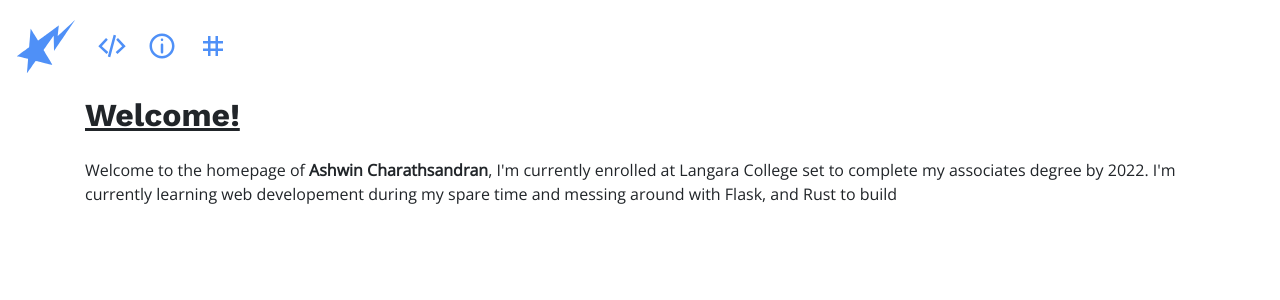
Repository: xxiz/ashwin.lol_flask
Page: http://localhost/
An editor plug-in stored every save of this project. The page is shown before and after the next save, followed by the edit.
The browser window is 1280 px wide. The pictures show the whole page.
The page is served by the project's application, run on Flask 3 (app.py).

Above is the page before, as saved 2021-08-31 17:22:04.

After the next save:
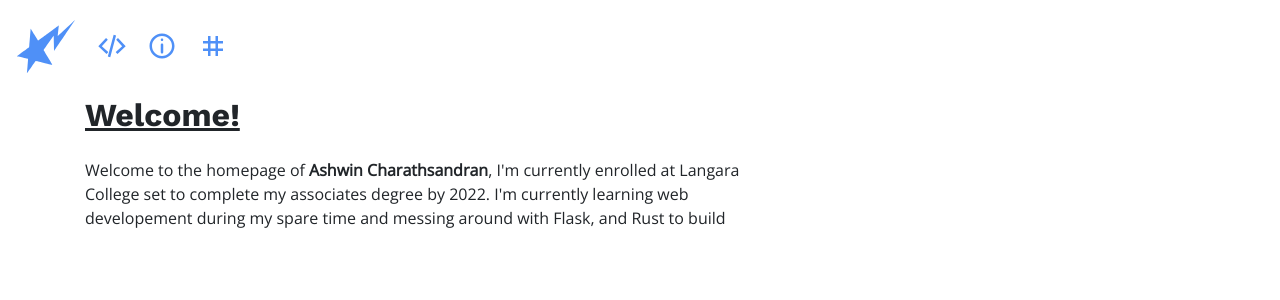
Saved 10 s later.
--- a/templates/index.html
+++ b/templates/index.html
@@ -1,5 +1,5 @@
 {% extends 'base.html'%}
 {% block content %}
     <h1>Welcome!</h1>
-    <p>Welcome to the homepage of <b>Ashwin Charathsandran</b>, I'm currently enrolled at Langara College set to complete my associates degree by 2022. I'm currently learning web developement during my spare time and messing around with Flask, and Rust to build </p>
+    <p class="confined">Welcome to the homepage of <b>Ashwin Charathsandran</b>, I'm currently enrolled at Langara College set to complete my associates degree by 2022. I'm currently learning web developement during my spare time and messing around with Flask, and Rust to build </p>
 {% endblock %}
